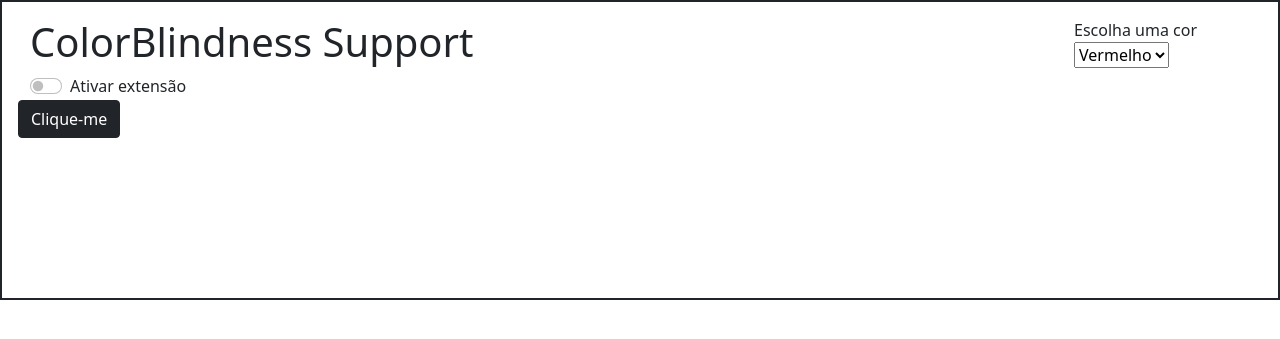
Repository: pedrosiqueira/daltonchrome
Page: popup.html
These files come from the project's save history. The page is drawn as it stood at one moment and after the next save; the edit follows.
The browser window is 1280 px wide. The pictures show the whole page.

Above is the page before, as saved 2022-06-17 12:08:52.

After the next save:
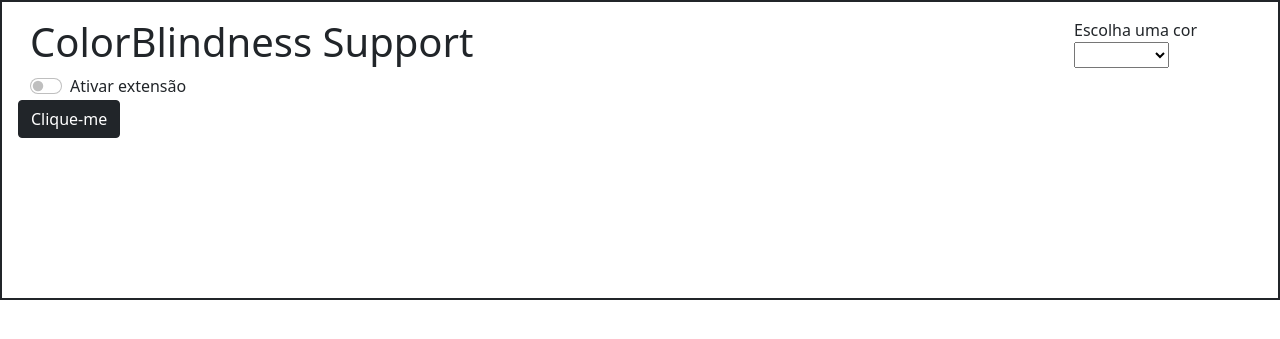
Saved 17 min 13 s later.
--- a/popup.html
+++ b/popup.html
@@ -28,6 +28,7 @@
         <label for="cores">Escolha uma cor</label>
 
         <select name="cores" id="cores">
+            <option value="default" selected></option>
             <option value="red">Vermelho</option>
             <option value="green">Verde</option>
             <option value="blue">Azul</option>
